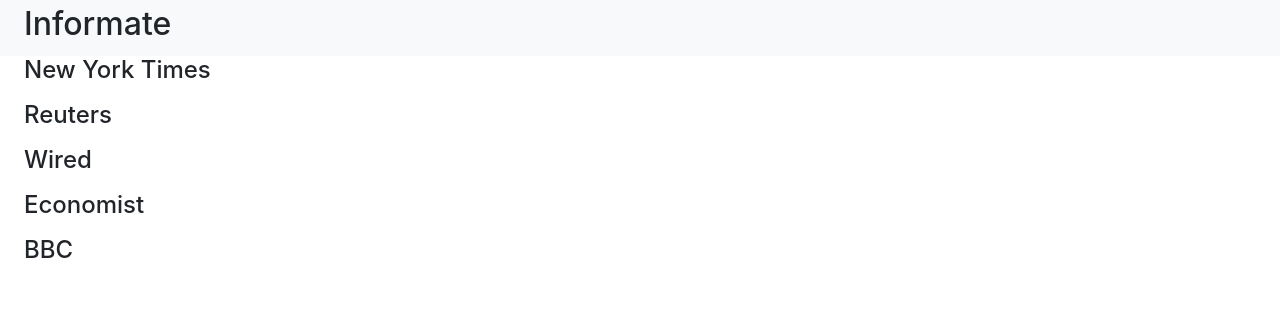
Repository: rbafna6507/newsaggregator-frontend
Page: index.html
The author's editor kept a copy of each file at every save. The page is drawn from the files as they stood at one save, then again after the next save.
The browser window is 1280 px wide. The pictures show the whole page.
The page's requests for data from a server got no answer. Some web libraries are served in a nearby version.

Above is the page before, as saved 2020-12-16 12:49:27.

After the next save:
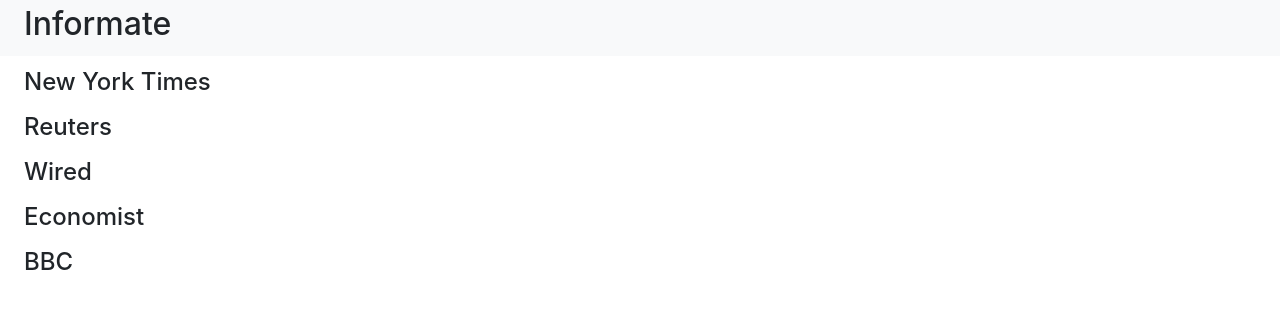
Saved 25 s later.
--- a/index.html
+++ b/index.html
@@ -14,7 +14,7 @@
     <nav class="navbar-light bg-light">
         <a style="margin-left: 24px" class="navbar-brand"><h2>Informate</h2></a>
     </nav>
-    <div style="margin-left: 24px">
+    <div style="margin-left: 24px; padding-top: 12px">
         <!-- <div>
             <h1>Informate</h1>
         <h6>Reliable, real, and recent news, all in one place</h6> -->
